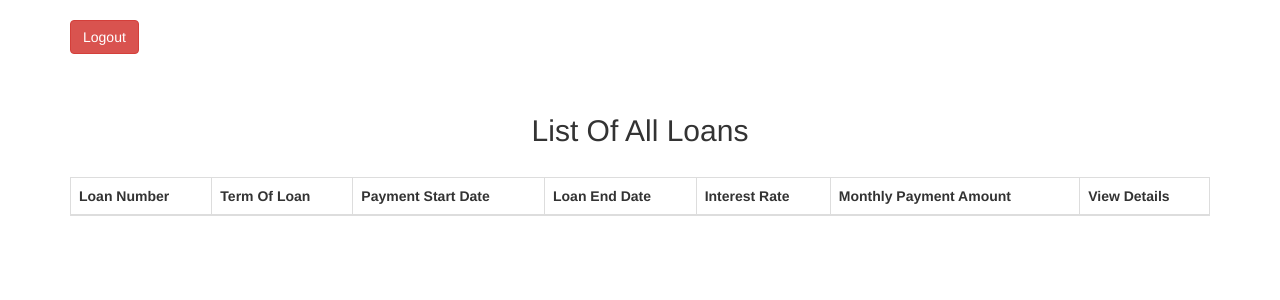
Repository: Bayvao/E-Loan-Project
Page: http://localhost/E-Loan-Project/WEB-INF/views/loan-list.jsp
These files come from the project's save history. The page is drawn as it stood at one moment and after the next save; the edit follows.
The browser window is 1280 px wide. The pictures show the whole page.
The page is served by Tomcat 9. Nobody is signed in. Other server files are loaded and not shown. The template is opened directly, without the code that normally fills it, so the values that code supplies are empty.

Above is the page before, as saved 2020-07-25 07:45:19.

### E-Loan-Project/src/main/webapp/WEB-INF/views/loan-list.jsp
<%@ taglib prefix="form" uri="http://www.springframework.org/tags/form"%>
<%@ taglib prefix="security"
	uri="http://www.springframework.org/security/tags"%>
<%@ taglib prefix="c" uri="http://java.sun.com/jsp/jstl/core"%>

<!DOCTYPE html>
<html lang="en">
<head>
<title>Loan List</title>

<meta charset="utf-8">
<meta name="viewport" content="width=device-width, initial-scale=1">
<link rel="stylesheet"
	href="https://maxcdn.bootstrapcdn.com/bootstrap/3.4.1/css/bootstrap.min.css">
<script
	src="https://ajax.googleapis.com/ajax/libs/jquery/3.5.1/jquery.min.js"></script>
<script
	src="https://maxcdn.bootstrapcdn.com/bootstrap/3.4.1/js/bootstrap.min.js"></script>


<style>
caption {
	text-align: center;
}

h2 {
	text-align: center;
}
</style>
</head>
<body>

	<div class="container">
		<br />

		<!-- Add a logout button -->
		<form:form action="${pageContext.request.contextPath}/logout"
			method="POST">

			<input type="submit" class="btn btn-danger" value="Logout" />

		</form:form>


		<br />
		<!-- display user name and role -->

		<p>

			<security:authorize access="isAuthenticated()">
        User: <security:authentication property="principal.username" />
        | Role: <security:authentication
					property="principal.authorities" />
			</security:authorize>

			<br />
		<div>
			<h2>List Of All Loans</h2>
		</div>
		<br />

		<table class="table table-bordered table-hover">
			<thead>
				<tr>
					<th scope="col">Loan Number</th>
					<th scope="col">Term Of Loan</th>
					<th scope="col">Payment Start Date</th>
					<th scope="col">Loan End Date</th>
					<th scope="col">Interest Rate</th>
					<th scope="col">Monthly Payment Amount</th>
					<th scope="col">View Details</th>

				</tr>
			</thead>
			<tbody>
				<c:forEach items="${listLoan}" var="loan">
					<tr>
						<td scope="row">${loan.loanNumber}</td>
						<td>${loan.termOfLoan}</td>
						<td>${loan.repaymentStartDate}</td>
						<td>${loan.loanClosureDate}</td>
						<td>${loan.interestRate}</td>
						<td>${loan.monthlyPaymentAmount}</td>
						<td><a
							href="${pageContext.request.contextPath}/manager/detailView?id=${loan.loanId}">View
								Details</a></td>
					</tr>
				</c:forEach>
			</tbody>
		</table>
	</div>
</body>
</html>

After the next save:
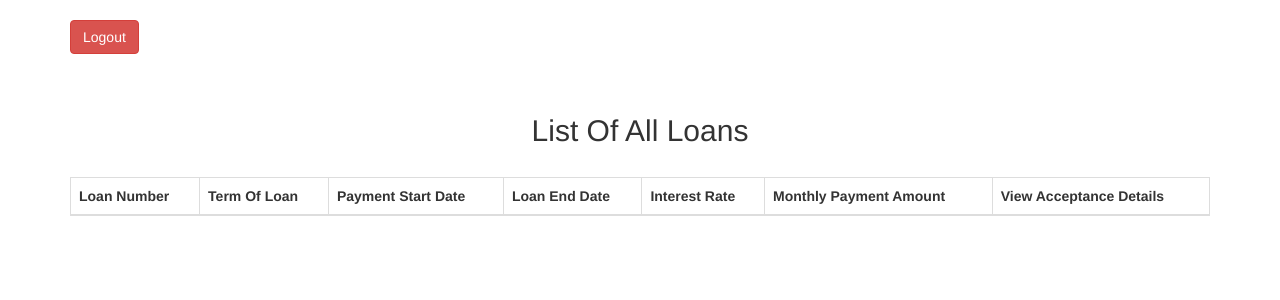
Saved 22 s later.
--- a/E-Loan-Project/src/main/webapp/WEB-INF/views/loan-list.jsp
+++ b/E-Loan-Project/src/main/webapp/WEB-INF/views/loan-list.jsp
@@ -68,7 +68,7 @@ h2 {
 					<th scope="col">Loan End Date</th>
 					<th scope="col">Interest Rate</th>
 					<th scope="col">Monthly Payment Amount</th>
-					<th scope="col">View Details</th>
+					<th scope="col">View Acceptance Details</th>
 
 				</tr>
 			</thead>
